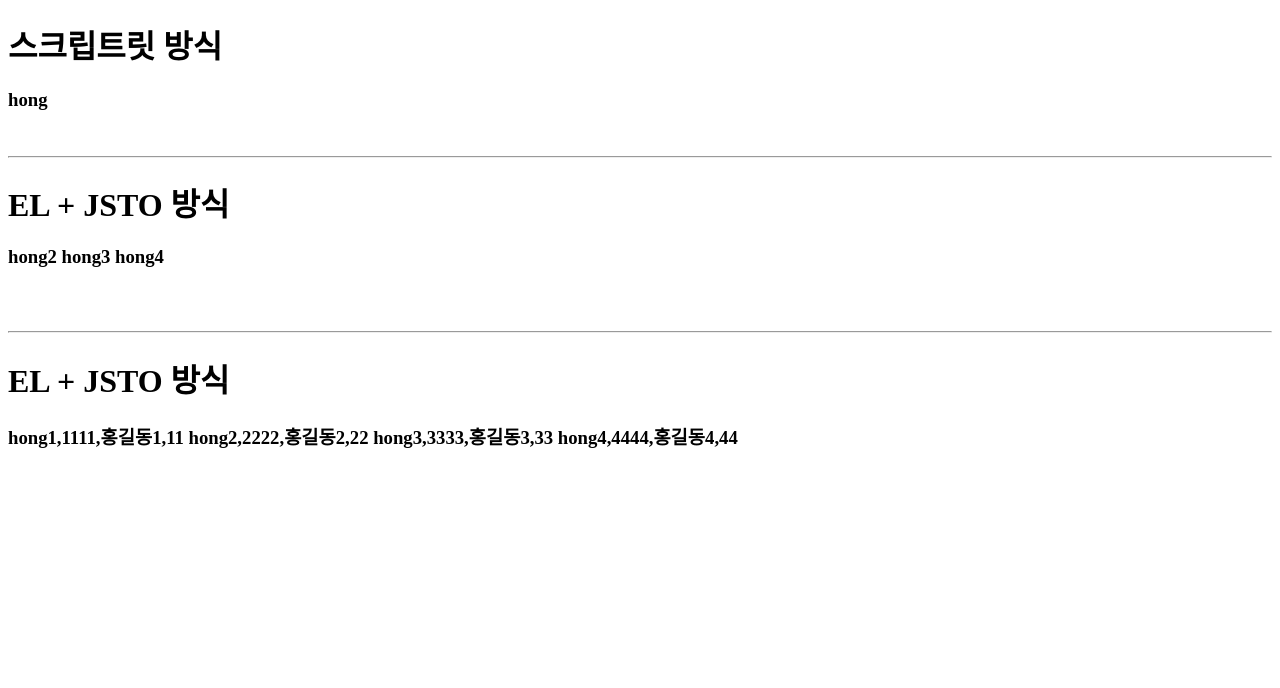
Repository: siucrystal/siuproject
Page: http://localhost/myweb/memberListJstl.jsp
The author's editor kept a copy of each file at every save. The page is drawn from the files as they stood at one save, then again after the next save.
The browser window is 1280 px wide. The pictures show the whole page.
The page is served by Tomcat 9. Other server files are loaded and not shown.

Above is the page before, as saved 2023-09-20 06:40:57.

### jspws/myweb/src/main/webapp/memberListJstl.jsp
<%@page import="java.util.ArrayList"%>
<%@page import="member.MemberDTO"%>
<%@page import="java.util.List"%>
<%@ page language="java" contentType="text/html; charset=UTF-8"
    pageEncoding="UTF-8"%>
<!DOCTYPE html>
<html>
<head>
<meta charset="UTF-8">
<title>memberListJstl</title>
</head>
<body>
<%
	String name = "hong";

	String[] nameArray = {"hong2", "hong3", "hong4"};

	List<MemberDTO> list = new ArrayList();
	list.add(new MemberDTO("hong1", "1111", "홍길동1", 11));
	list.add(new MemberDTO("hong2", "2222", "홍길동2", 22));
	list.add(new MemberDTO("hong3", "3333", "홍길동3", 33));
	list.add(new MemberDTO("hong4", "4444", "홍길동4", 44));
	request.setAttribute("name", name);
	request.setAttribute("nameArray", nameArray);
	request.setAttribute("list", list);
%>
<jsp:forward page="memberListViewJstl.jsp"></jsp:forward>
</body>
</html>

### jspws/myweb/src/main/webapp/memberListViewJstl.jsp
<%@page import="member.MemberDTO"%>
<%@page import="java.util.List"%>
<%@ page language="java" contentType="text/html; charset=UTF-8"
    pageEncoding="UTF-8"%>
<%@ taglib prefix="c" uri="http://java.sun.com/jsp/jstl/core" %>
<!DOCTYPE html>
<html>
<head>
<meta charset="UTF-8">
<title>Insert title here</title>
</head>
<body>
<h1>스크립트릿 방식</h1>
<h3>
<%
	String name = (String)request.getAttribute("name");
%>
<%=name %>
</h3>
<br><hr>
<h1>EL + JSTO 방식</h1>
<h3>
<%
	String[] nameArray = (String[])request.getAttribute("nameArray");
%>
<%for(String n : nameArray) {%>
<%=n %>
<%} %>

</h3>
<br>
<br><hr>
<h1>EL + JSTO 방식</h1>
<h3>
<%
	List<MemberDTO> list = (List<MemberDTO>)request.getAttribute("list");
%>
<%for(MemberDTO dto : list) {%>
<%=dto.getId() %>,<%=dto.getPw() %>,<%=dto.getName() %>,<%=dto.getAge() %>
<%} %>

</h3>
</body>
</html>

### jspws/myweb/src/main/java/member/MemberDTO.java
package member;

public class MemberDTO {
	private String idx, id, pw, name, regdate;
	private int age;

	public MemberDTO() {
	}

	public MemberDTO(String idx, String id, String pw, String name, int age, String regdate) {
		super();
		this.idx = idx;
		this.id = id;
		this.pw = pw;
		this.name = name;
		this.age = age;
		this.regdate = regdate;
	}

	public MemberDTO(String id, String pw, String name, int age) {
		this.id = id;
		this.pw = pw;
		this.name = name;
		this.age = age;
	}

	public String getIdx() {
		return idx;
	}

	public void setIdx(String idx) {
		this.idx = idx;
	}

	public String getId() {
		return id;
	}

	public void setId(String id) {
		this.id = id;
	}

	public String getPw() {
		return pw;
	}

	public void setPw(String pw) {
		this.pw = pw;
	}

	public String getName() {
		return name;
	}

	public void setName(String name) {
		this.name = name;
	}

	public int getAge() {
		return age;
	}

	public void setAge(int age) {
		this.age = age;
	}

	public String getRegdate() {
		return regdate;
	}

	public void setRegdate(String regdate) {
		this.regdate = regdate;
	}

	@Override
	public String toString() {
		return "회원번호: " + idx + ", ID: " + id + ", 비밀번호: " + pw + ", 이름: " + name + ", 나이: " + age + ", 가입날짜: " + regdate;
	}
}

After the next save:
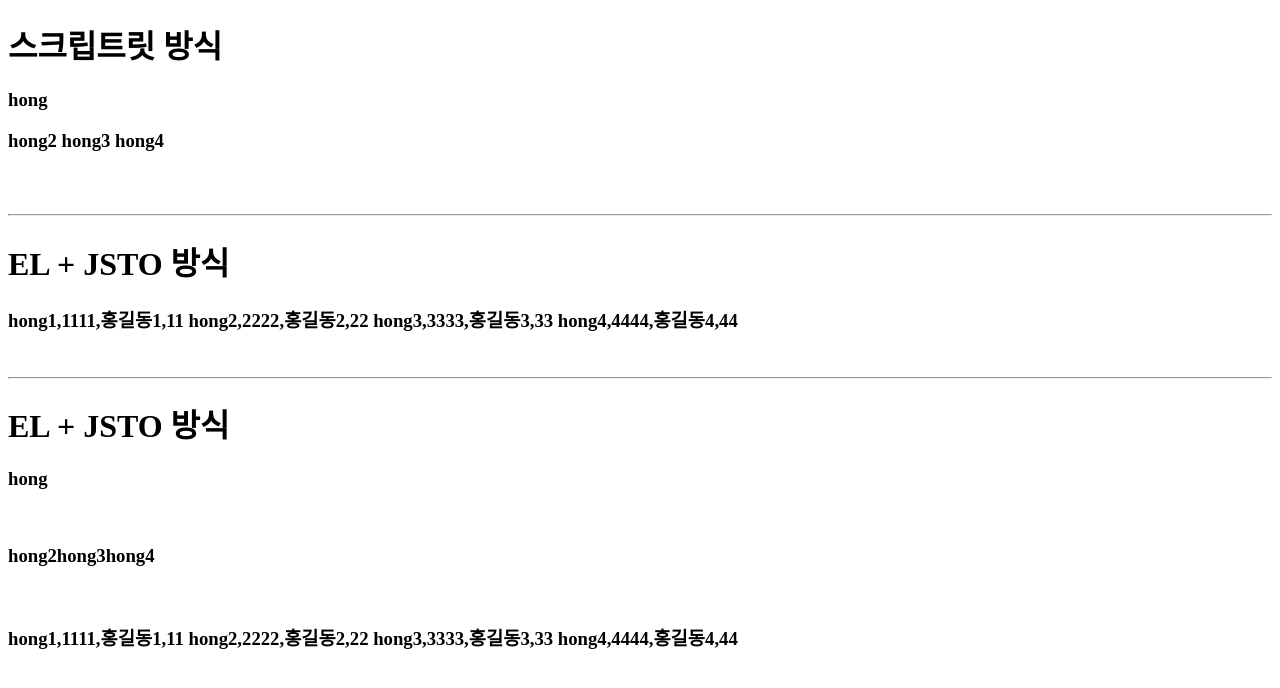
Saved 7 min 28 s later.
--- a/jspws/myweb/src/main/webapp/memberListViewJstl.jsp
+++ b/jspws/myweb/src/main/webapp/memberListViewJstl.jsp
@@ -17,8 +17,6 @@
 %>
 <%=name %>
 </h3>
-<br><hr>
-<h1>EL + JSTO 방식</h1>
 <h3>
 <%
 	String[] nameArray = (String[])request.getAttribute("nameArray");
@@ -40,5 +38,21 @@
 <%} %>
 
 </h3>
+<br><hr>
+<h1>EL + JSTO 방식</h1>
+<h3>
+${requestScope.name}
+
+</h3>
+<br>
+<h3>
+<c:forEach var="n" items="${requestScope.nameArray}">${n}</c:forEach>
+</h3>
+<br>
+<h3>
+<c:forEach var="dto" items="${list}">
+${dto.id},${dto.pw},${dto.name},${dto.age}
+</c:forEach>
+</h3>
 </body>
 </html>
